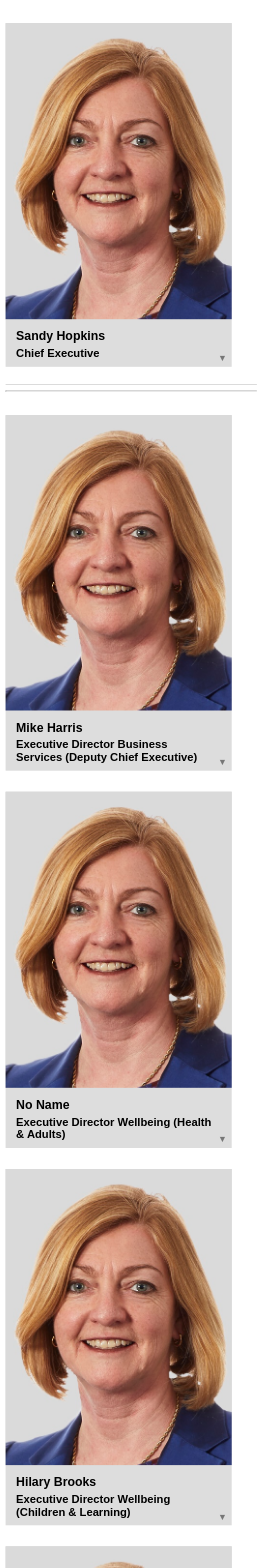
Repository: DigitalExperienceTeam/management
Page: index.html
The author's editor kept a record of every edit. The page is drawn from the files as they stood at one moment, then again after the next edit.
The browser window is 375 px wide. The pictures show the part of the page from y = 0 to 2240 px (the page is 3793 px tall), at 70% of full size.

Above is the page before.

### index.html
<!DOCTYPE html>
<html lang="en">

<head>
    <meta charset="UTF-8">
    <meta name="viewport" content="width=device-width, initial-scale=1.0">
    <meta http-equiv="X-UA-Compatible" content="ie=edge">
    <script src="https://ajax.googleapis.com/ajax/libs/jquery/3.4.1/jquery.min.js"></script>

    <script type="text/javascript" src="profiles.js"></script>

    <link rel="stylesheet" href="style.css" type="text/css" />
    <title>Document</title>
</head>

<body>
    <div class="profiles-wrapper">
        <div class="profile lighter">
               <img class="profile-pic" src="sandy.jpg">
            <div class="details">
                <p class="name">Sandy Hopkins</p>
                <p class="title">Chief Executive<span class="more">&#9660;</span></p>
            </div>
            <div class="bio">
                <p>Lorem ipsum dolor sit amet, consectetur adipiscing elit. Nunc quis feugiat magna, non vehicula purus. Sed quis enim et dolor tempor aliquet. Proin a tincidunt ligula, nec rhoncus risus. Aliquam ut magna ac nisl dapibus lobortis ut molestie eros. Maecenas ornare quam vel accumsan congue. Curabitur mattis, odio non rhoncus tempor, diam elit convallis lacus, quis feugiat est lectus sit amet mi. Donec at ex in turpis luctus blandit sit amet eu eros. Nullam a libero turpis. Nullam mattis id est ut suscipit. Donec hendrerit turpis sed ligula hendrerit commodo.</p>
<p>Cras sed vulputate libero. Nam rhoncus quam turpis, vitae eleifend velit ornare a. Donec sollicitudin leo id nunc faucibus, imperdiet porttitor ex dictum. Nam condimentum nibh porta ligula molestie rhoncus. Sed pellentesque lacinia nisi ut finibus. Fusce facilisis scelerisque facilisis. Sed consequat quam nec lectus faucibus lacinia.</p>
<div class="less">&#9650;</div>
            </div>
        </div>

    </div>
    <hr class="profile-divider"></hr>


    <div class="profiles-wrapper">


                 <div class="profile lighter">
               <img class="profile-pic" src="sandy.jpg">
            <div class="details">
                <p class="name">Mike Harris</p>
                <p class="title">Executive Director Business Services (Deputy Chief Executive)<span class="more">&#9660;</span></p>
            </div>
            <div class="bio">
                <p>Lorem ipsum dolor sit amet, consectetur adipiscing elit. Nunc quis feugiat magna, non vehicula purus. Sed quis enim et dolor tempor aliquet. Proin a tincidunt ligula, nec rhoncus risus. Aliquam ut magna ac nisl dapibus lobortis ut molestie eros. Maecenas ornare quam vel accumsan congue. Curabitur mattis, odio non rhoncus tempor, diam elit convallis lacus, quis feugiat est lectus sit amet mi. Donec at ex in turpis luctus blandit sit amet eu eros. Nullam a libero turpis. Nullam mattis id est ut suscipit. Donec hendrerit turpis sed ligula hendrerit commodo.</p>
<p>Cras sed vulputate libero. Nam rhoncus quam turpis, vitae eleifend velit ornare a. Donec sollicitudin leo id nunc faucibus, imperdiet porttitor ex dictum. Nam condimentum nibh porta ligula molestie rhoncus. Sed pellentesque lacinia nisi ut finibus. Fusce facilisis scelerisque facilisis. Sed consequat quam nec lectus faucibus lacinia.</p>
<div class="less">&#9650;</div>
            </div>
        </div>
         <div class="profile lighter">
            <img class="profile-pic" src="sandy.jpg">
            <div class="details">
                <p class="name">No Name</p>
                <p class="title">Executive Director Wellbeing (Health & Adults)<span class="more">&#9660;</span></p>
            </div>
            <div class="bio">
                <p>Lorem ipsum dolor sit amet, consectetur adipiscing elit. Nunc quis feugiat magna, non vehicula purus. Sed quis enim et dolor tempor aliquet. Proin a tincidunt ligula, nec rhoncus risus. Aliquam ut magna ac nisl dapibus lobortis ut molestie eros. Maecenas ornare quam vel accumsan congue. Curabitur mattis, odio non rhoncus tempor, diam elit convallis lacus, quis feugiat est lectus sit amet mi. Donec at ex in turpis luctus blandit sit amet eu eros. Nullam a libero turpis. Nullam mattis id est ut suscipit. Donec hendrerit turpis sed ligula hendrerit commodo.</p>
<p>Cras sed vulputate libero. Nam rhoncus quam turpis, vitae eleifend velit ornare a. Donec sollicitudin leo id nunc faucibus, imperdiet porttitor ex dictum. Nam condimentum nibh porta ligula molestie rhoncus. Sed pellentesque lacinia nisi ut finibus. Fusce facilisis scelerisque facilisis. Sed consequat quam nec lectus faucibus lacinia.</p>
<div class="less">&#9650;</div>
            </div>
        </div>
            <div class="profile lighter">
               <img class="profile-pic" src="sandy.jpg">
            <div class="details">
                <p class="name">Hilary Brooks</p>
                <p class="title">Executive Director Wellbeing (Children & Learning)<span class="more">&#9660;</span></p>
            </div>
            <div class="bio">
                <p>Lorem ipsum dolor sit amet, consectetur adipiscing elit. Nunc quis feugiat magna, non vehicula purus. Sed quis enim et dolor tempor aliquet. Proin a tincidunt ligula, nec rhoncus risus. Aliquam ut magna ac nisl dapibus lobortis ut molestie eros. Maecenas ornare quam vel accumsan congue. Curabitur mattis, odio non rhoncus tempor, diam elit convallis lacus, quis feugiat est lectus sit amet mi. Donec at ex in turpis luctus blandit sit amet eu eros. Nullam a libero turpis. Nullam mattis id est ut suscipit. Donec hendrerit turpis sed ligula hendrerit commodo.</p>
<p>Cras sed vulputate libero. Nam rhoncus quam turpis, vitae eleifend velit ornare a. Donec sollicitudin leo id nunc faucibus, imperdiet porttitor ex dictum. Nam condimentum nibh porta ligula molestie rhoncus. Sed pellentesque lacinia nisi ut finibus. Fusce facilisis scelerisque facilisis. Sed consequat quam nec lectus faucibus lacinia.</p>
<div class="less">&#9650;</div>
            </div>
        </div>

          <div class="profile lighter">
               <img class="profile-pic" src="sandy.jpg">
            <div class="details">
                <p class="name">No Name</p>
                <p class="title">Executive Director Communities, Culture & Homes<span class="more">&#9660;</span></p>
            </div>
            <div class="bio">
                <p>Lorem ipsum dolor sit amet, consectetur adipiscing elit. Nunc quis feugiat magna, non vehicula purus. Sed quis enim et dolor tempor aliquet. Proin a tincidunt ligula, nec rhoncus risus. Aliquam ut magna ac nisl dapibus lobortis ut molestie eros. Maecenas ornare quam vel accumsan congue. Curabitur mattis, odio non rhoncus tempor, diam elit convallis lacus, quis feugiat est lectus sit amet mi. Donec at ex in turpis luctus blandit sit amet eu eros. Nullam a libero turpis. Nullam mattis id est ut suscipit. Donec hendrerit turpis sed ligula hendrerit commodo.</p>
<p>Cras sed vulputate libero. Nam rhoncus quam turpis, vitae eleifend velit ornare a. Donec sollicitudin leo id nunc faucibus, imperdiet porttitor ex dictum. Nam condimentum nibh porta ligula molestie rhoncus. Sed pellentesque lacinia nisi ut finibus. Fusce facilisis scelerisque facilisis. Sed consequat quam nec lectus faucibus lacinia.</p>
<div class="less">&#9650;</div>
            </div>
        </div>

          <div class="profile lighter">
            <img class="profile-pic" src="sandy.jpg">
            <div class="details">
                <p class="name">No Name</p>
                <p class="title">Executive Director Place<span class="more">&#9660;</span></p>
            </div>
            <div class="bio">
                <p>Lorem ipsum dolor sit amet, consectetur adipiscing elit. Nunc quis feugiat magna, non vehicula purus. Sed quis enim et dolor tempor aliquet. Proin a tincidunt ligula, nec rhoncus risus. Aliquam ut magna ac nisl dapibus lobortis ut molestie eros. Maecenas ornare quam vel accumsan congue. Curabitur mattis, odio non rhoncus tempor, diam elit convallis lacus, quis feugiat est lectus sit amet mi. Donec at ex in turpis luctus blandit sit amet eu eros. Nullam a libero turpis. Nullam mattis id est ut suscipit. Donec hendrerit turpis sed ligula hendrerit commodo.</p>
<p>Cras sed vulputate libero. Nam rhoncus quam turpis, vitae eleifend velit ornare a. Donec sollicitudin leo id nunc faucibus, imperdiet porttitor ex dictum. Nam condimentum nibh porta ligula molestie rhoncus. Sed pellentesque lacinia nisi ut finibus. Fusce facilisis scelerisque facilisis. Sed consequat quam nec lectus faucibus lacinia.</p>
<div class="less">&#9650;</div>
            </div>
        </div>



           <div class="profile lighter">
              <img class="profile-pic" src="sandy.jpg">
            <div class="details">
                <p class="name">John Harrison</p>
                <p class="title">Executive Director Finance<span class="more">&#9660;</span></p>
            </div>
            <div class="bio">
                <p>Lorem ipsum dolor sit amet, consectetur adipiscing elit. Nunc quis feugiat magna, non vehicula purus. Sed quis enim et dolor tempor aliquet. Proin a tincidunt ligula, nec rhoncus risus. Aliquam ut magna ac nisl dapibus lobortis ut molestie eros. Maecenas ornare quam vel accumsan congue. Curabitur mattis, odio non rhoncus tempor, diam elit convallis lacus, quis feugiat est lectus sit amet mi. Donec at ex in turpis luctus blandit sit amet eu eros. Nullam a libero turpis. Nullam mattis id est ut suscipit. Donec hendrerit turpis sed ligula hendrerit commodo.</p>
<p>Cras sed vulputate libero. Nam rhoncus quam turpis, vitae eleifend velit ornare a. Donec sollicitudin leo id nunc faucibus, imperdiet porttitor ex dictum. Nam condimentum nibh porta ligula molestie rhoncus. Sed pellentesque lacinia nisi ut finibus. Fusce facilisis scelerisque facilisis. Sed consequat quam nec lectus faucibus lacinia.</p>
<div class="less">&#9650;</div>
            </div>
        </div>





    </div>

</body>

</html>

### profiles.js
$(document).ready(function() {

    $(document).mouseup(function(e)
{
    var container = $(".profile");

    // if the target of the click isn't the container nor a descendant of the container
    if (!container.is(e.target) && container.has(e.target).length === 0)
    {
        $(".bio").slideUp(600);
        $(".profile-pic").removeClass("faded");
        $(".bio").removeClass("darker").addClass("lighter");
        $(".profile").removeClass("darker").addClass("lighter");


    }
});

    $(".profile").click(function() {

        if ( $(this).find(".profile-pic").hasClass("faded")){
            $(this).find(".profile-pic").removeClass("faded");
            $(".profile-pic").not($(this).children()).addClass("faded");

        }

      else {
            $(".profile-pic").not($(this).children()).toggleClass("faded");
      }

        $(this).find(".bio").slideToggle(600);

        $(this).find(".more").fadeToggle(600);

        $(".more").not($(this).children()).show();

        $(".bio").not($(this).children()).slideUp(600);



       $(this).toggleClass("lighter").toggleClass("darker");

      $(".profile").not($(this)).removeClass("darker").addClass("lighter");


       $(this).find(".bio").removeClass("lighter").addClass("darker");


       $(".bio").not($(this).children()).removeClass("darker").addClass("lighter");

    });





});

### style.css
body {
    max-width: 871px;
    font-family: "franklin-gothic-urw",sans-serif;
}

.profiles-wrapper {
    padding: 10px 0;
    display: flex;
    flex-wrap: wrap;
    border-bottom: 1px solid #ccc;
    justify-content: center;
    border-bottom: 1px solid #ccc;
}



.profile {
    box-sizing: border-box;
    width: 29%;
    margin: 15px;
    cursor: pointer;
    display: inline-block;
    vertical-align: top;
    position: relative;
}

.profile:hover {
    background: #ccc;
    transition: 0.4s all;
}


.faded {
    opacity:0.6;
}

.lighter {
    background: #ddd;
}

.darker {
    background: #ccc;
}


.details {
    padding: 5px 15px 10px 15px;
}

.profile img {
    max-width: 100%;
}

.name {
    font-weight: bold;
    font-size: 1.1em;
    margin: 5px 0 0 0;
}

.title {
    font-weight: bold;
     margin: 5px 0 0 0;
     padding-right: 10px;
}

.more {
    float: right;
    color: #777;
    font-family: "Arial Black", Gadget, sans-serif;
    position: absolute;
    right: 7px;
    bottom: 5px;
    font-size: 0.8em;
}

.bio {
    display: none;
    padding: 0 15px 10px 15px;
   position: absolute;
    z-index: 1000;
    font-size: 0.9em;
    box-shadow: 0 10px 10px -2px white;
}

.less {
    text-align: right;
    color: #777;
    font-family: "Arial Black", Gadget, sans-serif;
}

@media only screen and (max-width: 726px) {
 .profiles-wrapper {
    justify-content: flex-start;
}

.profile {
    width: 47%;
    margin: 10px;
}

.profiles-wrapper>.profile:nth-of-type(even) {
margin: 10px 5px 10px 10px;
}

}

@media only screen and (max-width: 615px) {


.profile {
    width: 46%;
}
}

@media only screen and (max-width: 470px) {

.profile {
    width: 45%;
}

}

@media only screen and (max-width: 470px) {

.profiles-wrapper {
    justify-content: flex-start;
}

.profile {
    width: 90%;
    margin: 15px 0;
}

.profiles-wrapper>.profile:nth-of-type(even) {
margin: 15px 0;
}

}

After the next edit:
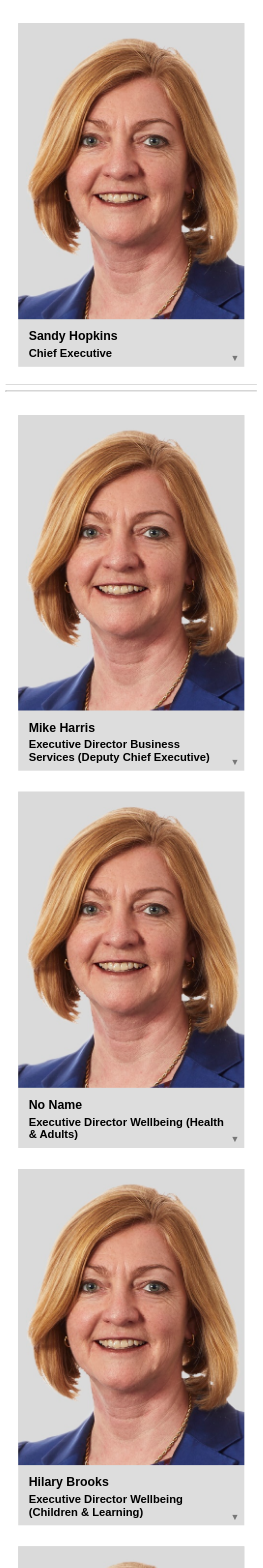
The edit:
--- a/style.css
+++ b/style.css
@@ -123,7 +123,7 @@
 @media only screen and (max-width: 470px) {
 
 .profiles-wrapper {
-    justify-content: flex-start;
+    justify-content: center;
 }
 
 .profile {
